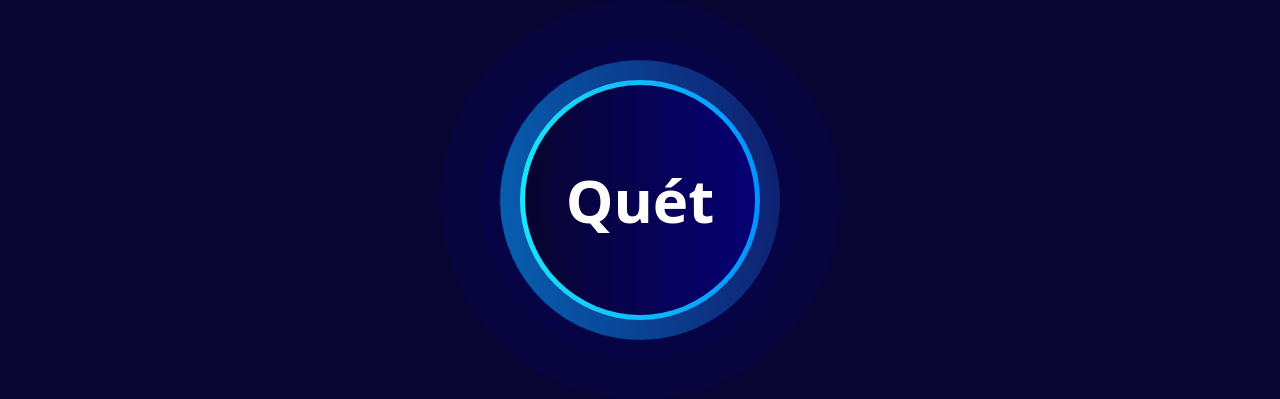
Repository: Kiendz3202/anti-virus-landingpage-mobile
Page: /
These files come from the project's save history. The page is drawn as it stood at one moment and after the next save; the edit follows.
The browser window is 1280 px wide. The pictures show the whole page.
The project was rebuilt for these pictures with package versions that can differ from the ones it lists, and the page was loaded fresh each time. The framework's server and built-in components were replaced by stand-ins that run in the browser. Also part of the build but not shown: next.config.js, components/ScanResult.js.

Above is the page before, as saved 2023-01-08 19:03:48.

### pages/index.js
import HomeView from '../views';

export default function Home() {
	return <HomeView />;
}

### styles/globals.css
@tailwind base;
@tailwind components;
@tailwind utilities;

@layer base {
	html {
		/* font-size: calc(15px + 0.390625vw); //15px */
		font-size: 10px;
	}

	* {
		box-sizing: border-box;
	}

	@media (max-width: 640px) {
		html {
			font-size: 7px;
		}
	}

	@media (min-width: 640px) {
		html {
			font-size: 7px;
		}
	}

	@media (min-width: 768px) {
		html {
			font-size: 8px;
		}
	}

	@media (min-width: 1024px) {
		html {
			font-size: 9px;
		}
	}

	@media (min-width: 1280px) {
		html {
			font-size: 10px;
		}
	}
}

### views/index.js
import React, { useEffect, useState } from 'react';
import ScanResult from '../components/ScanResult';
import { delay } from '../utils/delay';

function HomeView() {
	// const [isCheckingInitial, setIsCheckingInitial] = useState(true);
	const [loadingScan, setLoadingScan] = useState(false);
	const [showResult, setShowResult] = useState(false);
	// useEffect(() => {
	// 	const intervalID = setTimeout(() => {
	// 		setIsCheckingInitial((toggle) => !toggle);
	// 	}, 2000);

	// 	return () => clearInterval(intervalID);
	// }, []);

	const scanHandle = async () => {
		if (!showResult) {
			// setIsCheckingInitial(false);
			setLoadingScan(true);
			// await delay(4000);
			setLoadingScan(false);
			setShowResult(true);
		}
	};
	return (
		<div className="h-screen bg-[#080533]">
			<div
				className={` w-full   transition-all ease-in-out duration-[1500ms] ${
					showResult ? ' h-[0px]' : 'h-screen'
				}`}
			>
				<div className="bg-[#08043D] h-[40rem] w-[40rem] mx-auto rounded-full flex items-center justify-center">
					<div className=" bg-[#070446] h-[32rem] w-[32rem] rounded-full flex items-center justify-center relative">
						<div className="bg-gradient-to-r from-[#0F2171] to-[#075DAF] h-[28rem] w-[28rem] rounded-full flex items-center justify-center animate-spin"></div>
						<div className=" bg-gradient-to-r from-[#1CE5F8] to-[#0092FF] h-[24rem] w-[24rem] rounded-full flex items-center justify-center absolute top-[4rem]">
							<div className=" bg-gradient-to-r from-[#08042E] to-[#060075] h-[23rem] w-[23rem] rounded-full flex items-center justify-center ">
								{/* <div
							onClick={scanHandle}
							className={`flex items-center justify-center  text-black bg-white font-semibold mx-auto mt-[20rem]  text-[2.8rem]  rounded-full ${
								showResult ? 'hidden' : ''
							}`}
						>
							<span>Quét</span>
						</div> */}
								<span className="text-white text-[6rem] font-semibold">
									Quét
								</span>
							</div>
						</div>
					</div>
				</div>
			</div>
			{showResult ? <ScanResult /> : ''}
		</div>
	);
}

export default HomeView;

### utils/delay.js
export const delay = (m) => new Promise((r) => setTimeout(r, m));

### tailwind.config.js
/** @type {import('tailwindcss').Config} */
module.exports = {
	content: [
		'./pages/**/*.{js,ts,jsx,tsx}',
		'./components/**/*.{js,ts,jsx,tsx}',
		'./views/**/*.{js,ts,jsx,tsx}',
	],
	theme: {
		extend: {},
	},
	plugins: [],
};

Loaded but not shown: pages/_app.js (common file); pages/_document.js (common file)

After the next save:
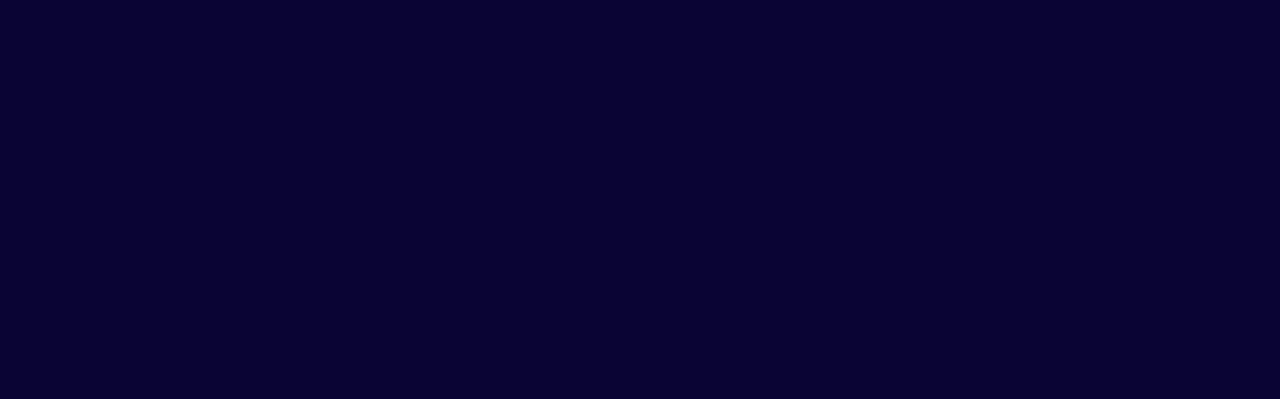
Saved 56 s later.
--- a/views/index.js
+++ b/views/index.js
@@ -30,7 +30,7 @@
 					showResult ? ' h-[0px]' : 'h-screen'
 				}`}
 			>
-				<div className="bg-[#08043D] h-[40rem] w-[40rem] mx-auto rounded-full flex items-center justify-center">
+				<div className="bg-[#08043D] h-[40rem] w-[40rem] mx-auto rounded-full flex items-center justify-center hidden">
 					<div className=" bg-[#070446] h-[32rem] w-[32rem] rounded-full flex items-center justify-center relative">
 						<div className="bg-gradient-to-r from-[#0F2171] to-[#075DAF] h-[28rem] w-[28rem] rounded-full flex items-center justify-center animate-spin"></div>
 						<div className=" bg-gradient-to-r from-[#1CE5F8] to-[#0092FF] h-[24rem] w-[24rem] rounded-full flex items-center justify-center absolute top-[4rem]">

After the save that followed:
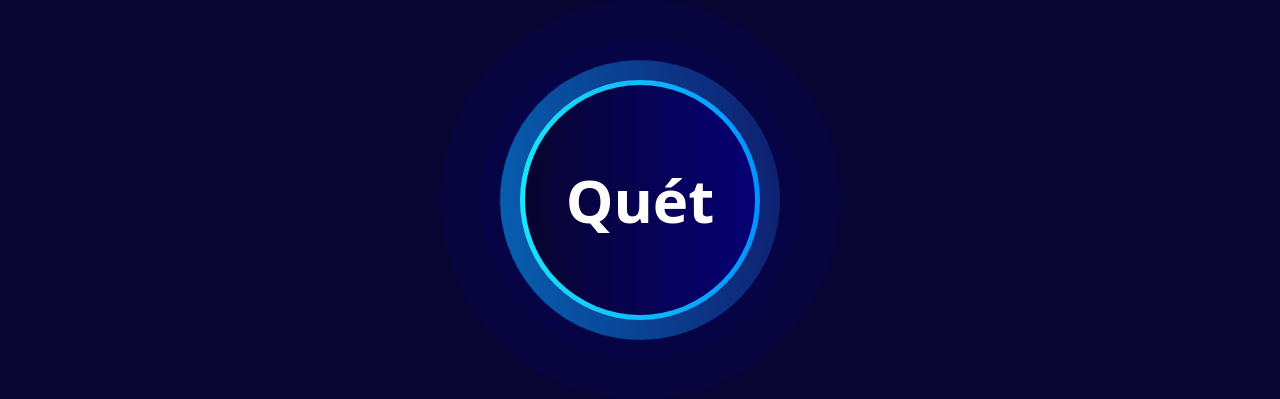
Saved 5 s later.
--- a/views/index.js
+++ b/views/index.js
@@ -30,7 +30,11 @@
 					showResult ? ' h-[0px]' : 'h-screen'
 				}`}
 			>
-				<div className="bg-[#08043D] h-[40rem] w-[40rem] mx-auto rounded-full flex items-center justify-center hidden">
+				<div
+					className="bg-[#08043D] h-[40rem] w-[40rem] mx-auto rounded-full flex items-center justify-center ${
+								showResult ? 'hidden' : ''
+							}"
+				>
 					<div className=" bg-[#070446] h-[32rem] w-[32rem] rounded-full flex items-center justify-center relative">
 						<div className="bg-gradient-to-r from-[#0F2171] to-[#075DAF] h-[28rem] w-[28rem] rounded-full flex items-center justify-center animate-spin"></div>
 						<div className=" bg-gradient-to-r from-[#1CE5F8] to-[#0092FF] h-[24rem] w-[24rem] rounded-full flex items-center justify-center absolute top-[4rem]">
